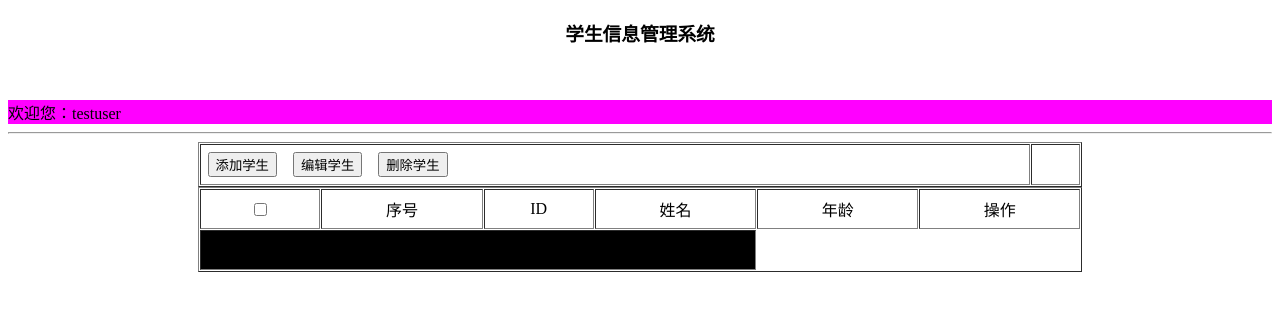
Repository: DataBoxWx/mvc_servlet_3
Page: http://localhost/jsp_1_homework/studentlist.do
The author's editor kept a copy of each file at every save. The page is drawn from the files as they stood at one save, then again after the next save.
The browser window is 1280 px wide. The pictures show the whole page.
The page is served by Tomcat 9. The session is filled in as if someone had signed in: {"username": "testuser"}. Other server files are loaded and not shown. Queries for data that is not in the repository find no rows.

Above is the page before, as saved 2018-05-04 12:32:17.

### jsp_1_homework/WebContent/jsp/studentlist.jsp
<%@ taglib prefix="b" uri="http://java.sun.com/jsp/jstl/core" %>
<%@ page language="java" contentType="text/html; charset=UTF-8"
    pageEncoding="UTF-8"%>
<%
	String basePath = request.getScheme() + "://" + request.getServerName() + ":" + 	request.getServerPort() + request.getContextPath() + "/";
%>
<!DOCTYPE html PUBLIC "-//W3C//DTD HTML 4.01 Transitional//EN" "http://www.w3.org/TR/html4/loose.dtd">
<html>
<head>
<base href="<%=basePath%>">
<meta http-equiv="Content-Type" content="text/html; charset=UTF-8">
<title>Insert title here</title>
<style type="text/css">
	td{
		text-align: center
	}
	a{
		text-decoration: none;
		color: green;
	}
	.ys{
		background-color: activecaption;
	}
</style>
<script type="text/javascript" src="js/jquery-1.8.3.min.js"></script>
<script type="text/javascript">
/* 	function tj(){
		window.location.href="jsp/studentadd.jsp";
	} */
	$(function(){

		$("#addButt").click(function(){
			window.location.href="jsp/studentadd.jsp";
		});
		$("#editButt").click(function(){

			var $xz = $("input[name='xz']:checked");
			if($xz.length==0){
				alert("请选择一个记录");
			}else if($xz.length == 1){
				//alert(123);
				var id = $xz[0].value;
				//alert(id);
				window.location.href="studentshow.do?id="+id;
			}else{
				alert("只能选择一条记录");
			}

		});
		$("#deleteButt").click(function(){
			var $xz = $("input[name='xz']:checked");
			if($xz.length==0){
				alert("请选择需要删除的记录");
			}else{
				if(confirm("您确定删除吗？")){
					var path="studentdeletes.do?";
					for(var i=0;i < $xz.length;i++){
						path += "id=" + $xz[i].value;
						if(i<$xz.length-1){
							path += "&";
						}
					}
					window.location.href=path;
				}
			}
		});
		$("#tb").click(function(){
			var $xz = $("input[name='xz']")
			if($("#tb")[0].checked){
				for(var i = 0;i<$xz.length;i++){
					$xz[i].checked=true;
				}
			}else{
				for(var i = 0;i<$xz.length;i++){
					$xz[i].checked=false;
				}
			}
		});
		$("#t>tr:even").addClass("ys");

	});

</script>
</head>
<body>
	<h3 style="text-align:center">学生信息管理系统</h3><br/><br/>
	<div style="background-color: fuchsia">欢迎您：${username}</div><hr>
	<table border="1"  align="center" width=70% cellpadding="7" cellspacing="1">
		<tr>
			<td style="text-align:left">
				<button id="addButt">添加学生</button>&nbsp;&nbsp;&nbsp;
				<button id="editButt">编辑学生</button>&nbsp;&nbsp;&nbsp;
				<button id="deleteButt">删除学生</button>&nbsp;&nbsp;&nbsp;
			<td>
		</tr>
	</table>

	<table border="1" align="center" width=70% cellpadding="7" cellspacing="1">
		<thead>
		<tr>
			<td>
				<input type="checkbox" id="tb">
			</td>
			<td>
			序号
			</td>
			<td>
			ID
			</td>
			<td>
			姓名
			</td>
			<td>
			年龄
			</td>
			<td>
			操作
			</td>
		</tr>
		</thead>
		<tbody id="t">
			<b:if test="${empty list}">
				<tr>
					<td colspan="4">
						没有相关的记录
					</td>
				</tr>
			</b:if>
			<b:if test="${!empty list}">
				<b:forEach items="${list}" var="slist" varStatus="vs">
					<tr>
						<td>
							<input type="checkbox" name="xz" value="${slist.id}"/>
						</td>
						<td>
							${vs.count}
						</td>
						<td>
							${slist.id}
						</td>
						<td>
							${slist.name}
						</td>
						<td>
							${slist.age}
						</td>
						<td>
							 <a href="studentshow.do?id=${slist.id}">编辑</a>
							 	||
							 <a href="studentdelete.do?id=${slist.id}">删除</a>

						</td>
					</tr>
				</b:forEach>
			</b:if>
		</tbody>
	</table>
</body>
</html>

### jsp_1_homework/src/com/bjpowernode/demo1/StudentList.java
package com.bjpowernode.demo1;

import java.io.IOException;
import java.sql.Connection;
import java.sql.PreparedStatement;
import java.sql.ResultSet;
import java.sql.SQLException;
import java.util.ArrayList;
import java.util.List;

import javax.servlet.ServletException;
import javax.servlet.http.HttpServlet;
import javax.servlet.http.HttpServletRequest;
import javax.servlet.http.HttpServletResponse;

import com.bjpowernode.common.Jutil;
import com.bjpowernode.domain.Student;

/**
 * Servlet implementation class Login
 */
public class StudentList extends HttpServlet {

	protected void doGet(HttpServletRequest request, HttpServletResponse response) throws ServletException, IOException {

		Connection conn = null;
		PreparedStatement ps = null;
		ResultSet res = null;
		String sql = "select id,name,age from student";
		List<Student> list = new ArrayList<>();
		try {
			conn = Jutil.getConnection();
			ps = conn.prepareStatement(sql);
			res = ps.executeQuery();
			while(res.next()){
				Student stu = new Student();
				stu.setId(res.getString(1));
				stu.setName(res.getString(2));
				stu.setAge(res.getInt(3));
				list.add(stu);
			}
		} catch (ClassNotFoundException e) {
			// TODO Auto-generated catch block
			e.printStackTrace();
		} catch (SQLException e) {
			// TODO Auto-generated catch block
			e.printStackTrace();
		}
		request.setAttribute("list", list);
		request.getRequestDispatcher("/jsp/studentlist.jsp").forward(request, response);

	}

	protected void doPost(HttpServletRequest request, HttpServletResponse response) throws ServletException, IOException {
		doGet(request, response);
	}

}

### jsp_1_homework/src/com/bjpowernode/common/Jutil.java
package com.bjpowernode.common;

import java.io.IOException;
import java.io.InputStream;
import java.sql.Connection;
import java.sql.DriverManager;
import java.sql.PreparedStatement;
import java.sql.ResultSet;
import java.sql.SQLException;
import java.util.Properties;

public class Jutil {
	private static String user;
	private static String password;
	private static String url;
	private static String classname;
	static{
		Properties pro = new Properties();
		InputStream in = Jutil.class.getClassLoader().getResourceAsStream("resource.properties");
		try {
			pro.load(in);
			user = pro.getProperty("user");
			password = pro.getProperty("password");
			url = pro.getProperty("url");
			classname = pro.getProperty("classname");
		} catch (IOException e) {
			// TODO Auto-generated catch block
			e.printStackTrace();
		}finally {
			if(in != null){
				try {
					in.close();
				} catch (IOException e) {
					// TODO Auto-generated catch block
					e.printStackTrace();
				}
			}
		}
	}
	public static Connection getConnection() throws SQLException, ClassNotFoundException{
		Class.forName(classname);
		return DriverManager.getConnection(url, user, password);
	}
	public static void close1(Connection conn,PreparedStatement ps, ResultSet res) {
		if(res != null){
			try {
				res.close();
			} catch (SQLException e) {
				// TODO Auto-generated catch block
				e.printStackTrace();
			}
		}
		if(ps != null){
			try {
				ps.close();
			} catch (SQLException e) {
				// TODO Auto-generated catch block
				e.printStackTrace();
			}
		}
		if( conn!= null){
			try {
				conn.close();
			} catch (SQLException e) {
				// TODO Auto-generated catch block
				e.printStackTrace();
			}
		}

	}
}

Loaded but not shown: jsp_1_homework/WebContent/js/jquery-1.8.3.min.js (library)

After the next save:
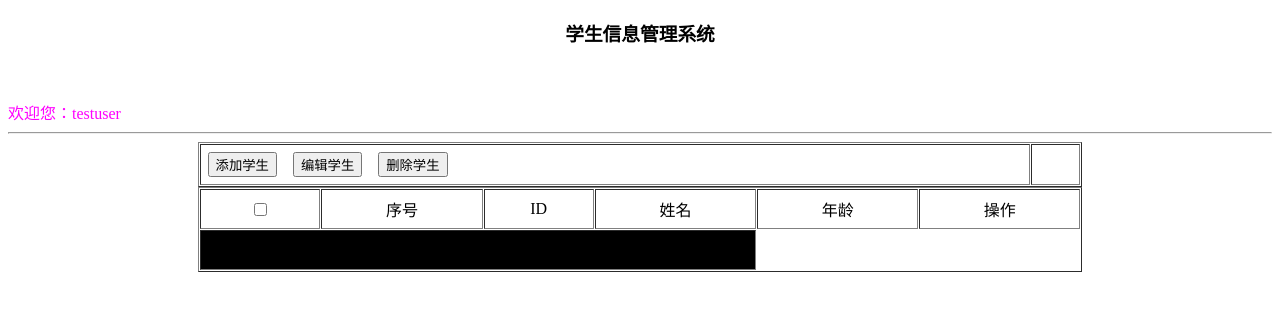
Saved 17 s later.
--- a/jsp_1_homework/WebContent/jsp/studentlist.jsp
+++ b/jsp_1_homework/WebContent/jsp/studentlist.jsp
@@ -84,7 +84,7 @@
 </head>
 <body>
 	<h3 style="text-align:center">学生信息管理系统</h3><br/><br/>
-	<div style="background-color: fuchsia">欢迎您：${username}</div><hr>
+	<div style="color: fuchsia">欢迎您：${username}</div><hr>
 	<table border="1"  align="center" width=70% cellpadding="7" cellspacing="1">
 		<tr>
 			<td style="text-align:left">
